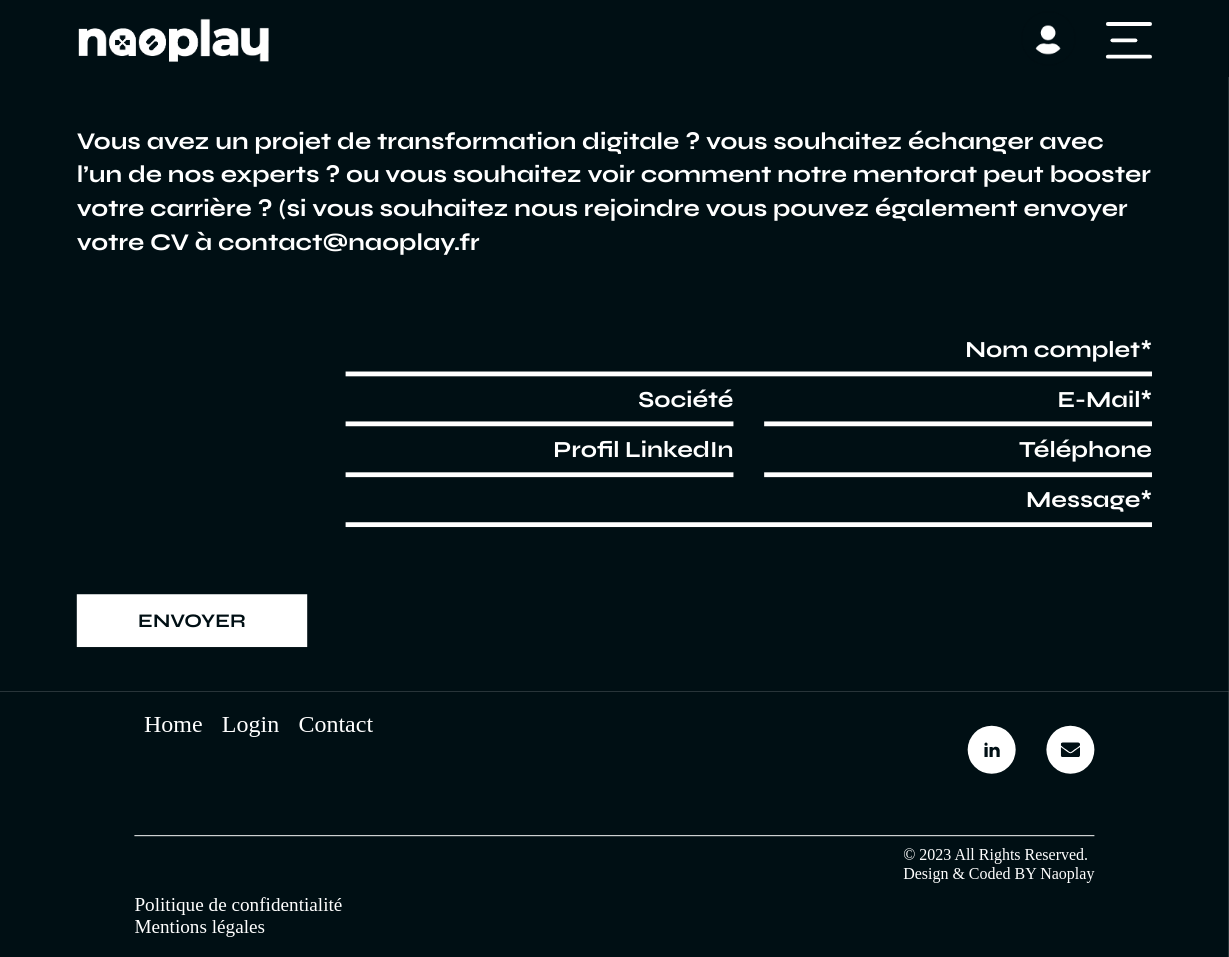
Repository: Hindsedrati/Naoplay
Page: /contact
An editor plug-in stored every save of this project. The page is shown before and after the next save, followed by the edit.
The browser window is 1280 px wide. The pictures show the whole page, at 96% of full size.
The project was rebuilt for these pictures with package versions that can differ from the ones it lists, and the page was loaded fresh each time. Also part of the build but not shown: src/Pages/Login/index.jsx, src/Components/Const/index.jsx, src/Components/Partners/index.jsx, src/Components/Naoplay/index.jsx, src/Components/Api/index.jsx, src/Components/Digitalisation/index.jsx, src/Components/Gateway/index.jsx, src/Components/ApiManagement/index.jsx and 6 more.

Above is the page before, as saved 2023-05-09 12:53:20.

After the next save:
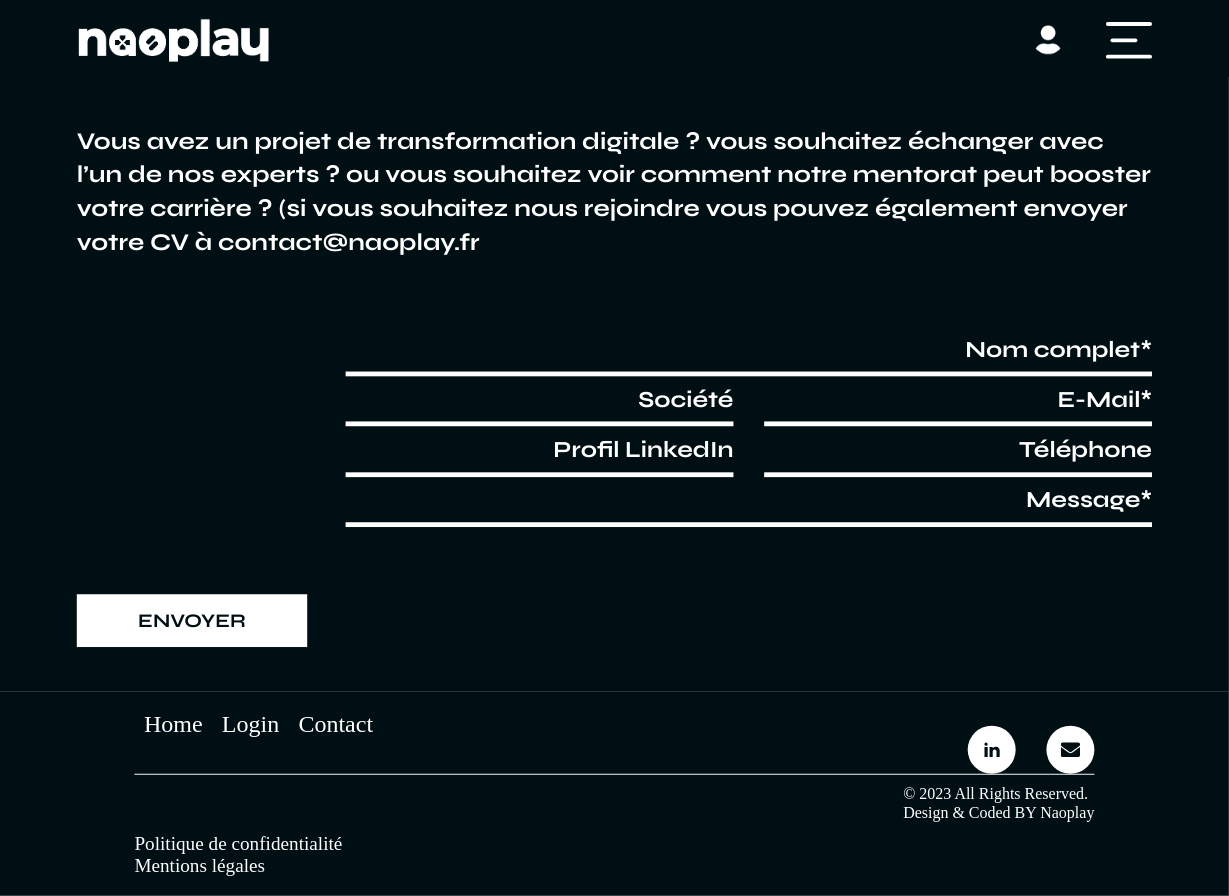
Saved 27 s later.
--- a/src/Layouts/Footer/footer.scss
+++ b/src/Layouts/Footer/footer.scss
@@ -43,7 +43,7 @@
             display: flex;
             justify-content: center;
             align-items: center;
-            margin-bottom: 4rem;
+
         }
 
         a:hover {
